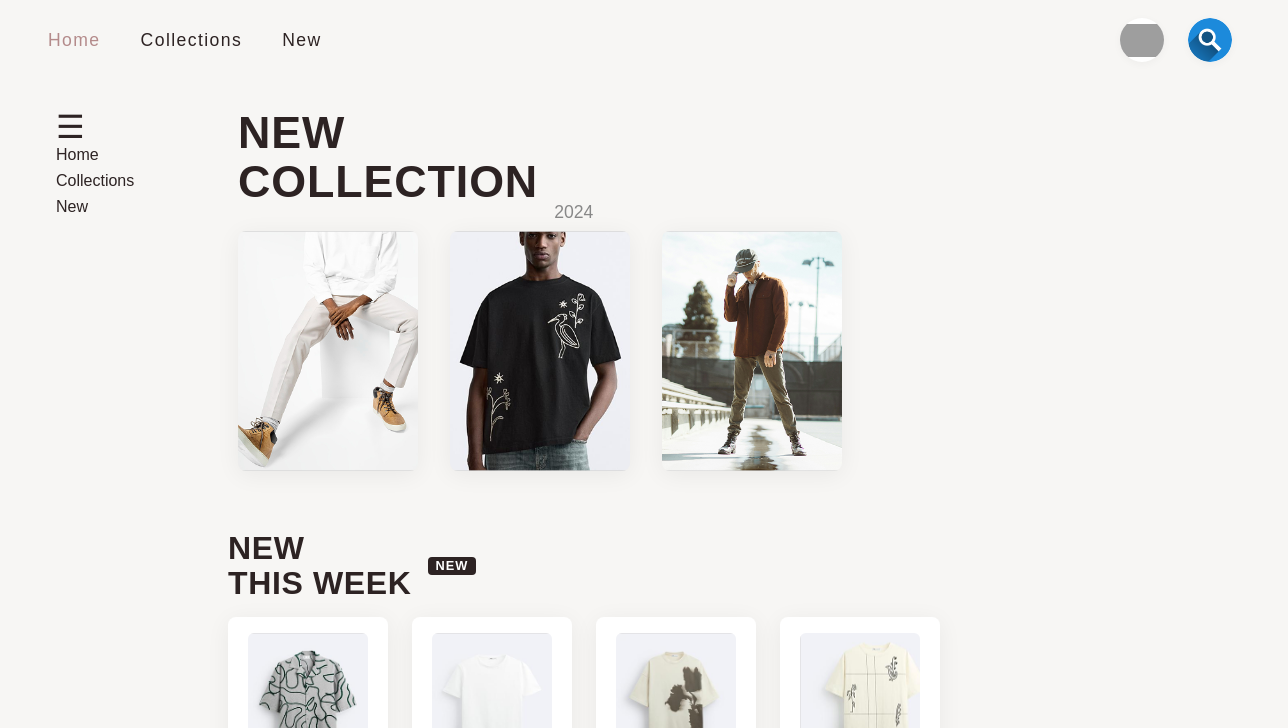
Repository: Diegoms0595/retail-dashboard-app
Page: index.html
The author's editor kept a copy of each file at every save. The page is drawn from the files as they stood at one save, then again after the next save.
The browser window is 1280 px wide. The page is 1288 px wide, so the pictures cover 1288 px, including what lies to the right of the window. The pictures show the whole page.
Pictures or frames that could not be fetched are drawn as grey boxes. An inner scrolling area shows only its first screen.

Above is the page before, as saved 2025-06-19 20:30:13.

After the next save:
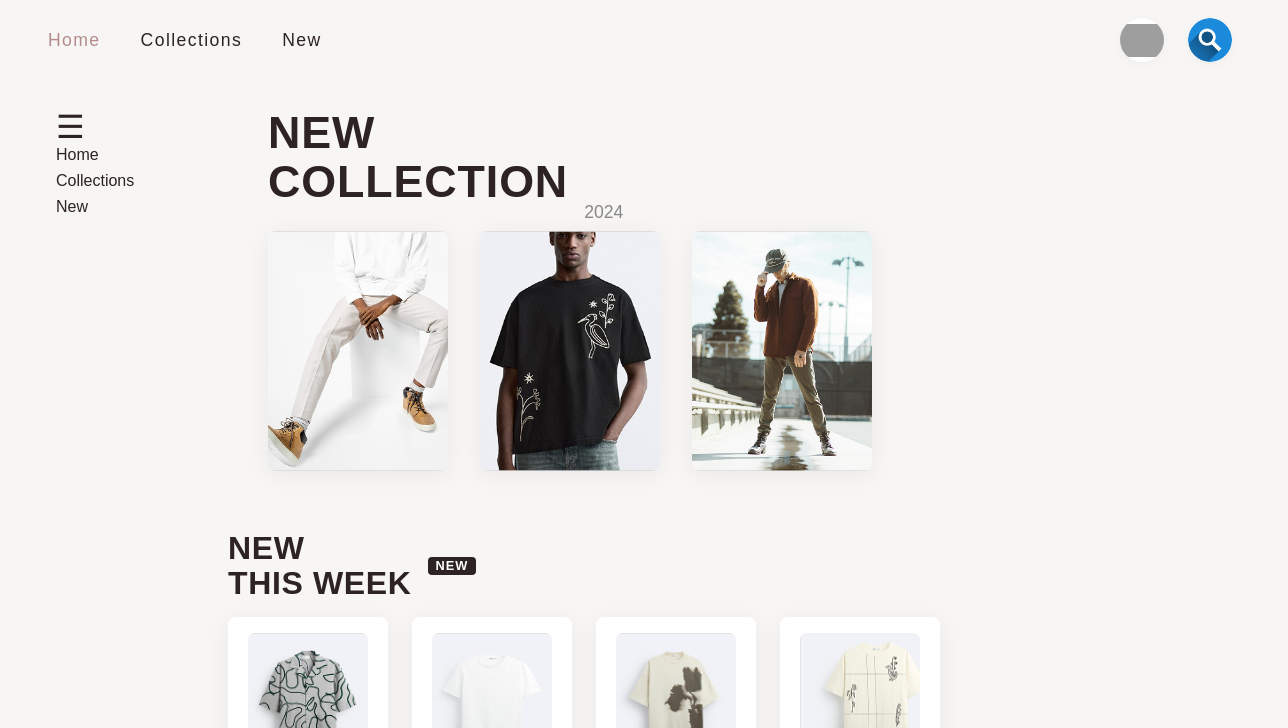
Saved 11 s later.
--- a/style.css
+++ b/style.css
@@ -146,7 +146,7 @@ body {
   display: flex;
   flex-direction: column;
   align-items: flex-start;
-  padding-left: 10px;
+  padding-left: 40px;
 }
 
 .section-header {
